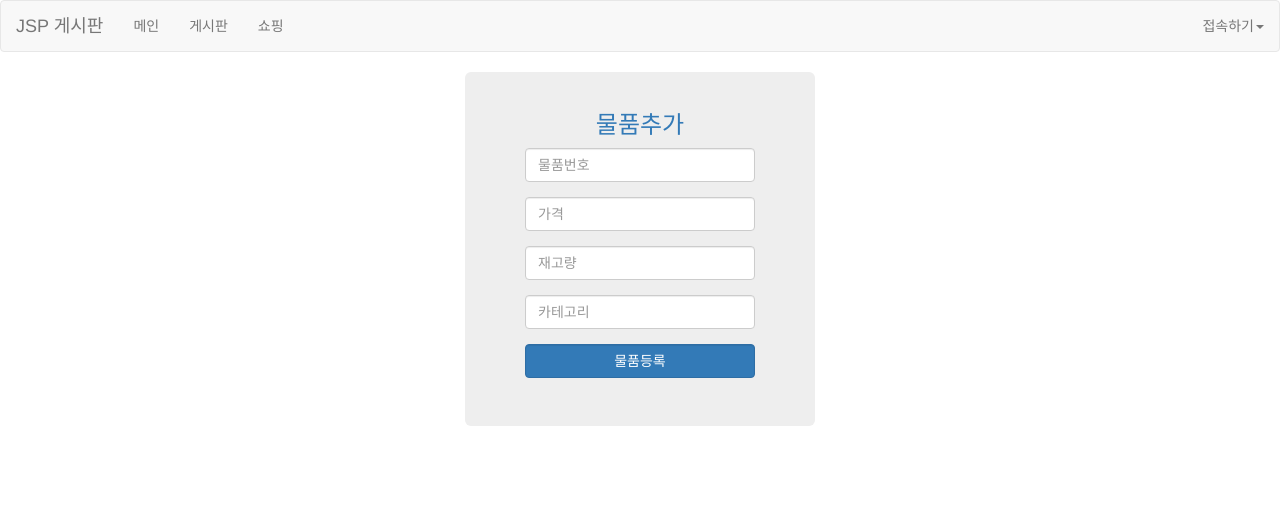
Repository: kingkingburger/webproject
Page: http://localhost/BBS/upload.jsp
The author's editor kept a copy of each file at every save. The page is drawn from the files as they stood at one save, then again after the next save.
The browser window is 1280 px wide. The pictures show the whole page.
Some web libraries are served in a nearby version. The page is served by Tomcat 9.

Above is the page before, as saved 2020-11-25 07:38:31.

After the next save:
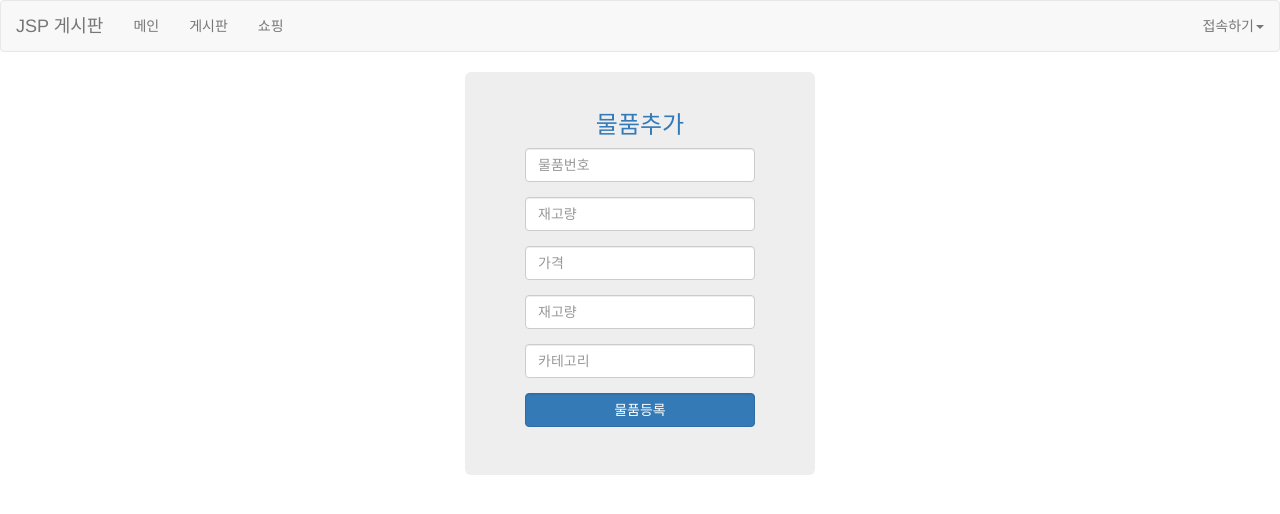
Saved 7 min 55 s later.
--- a/BBS/WebContent/upload.jsp
+++ b/BBS/WebContent/upload.jsp
@@ -74,6 +74,10 @@
 							name="product_num" maxlength="20">
 					</div>
 					<div class="form-group">
+						<input type="text" class="form-control" placeholder="재고량"
+							name="product_name" >
+					</div>
+					<div class="form-group">
 						<input type="text" class="form-control" placeholder="가격"
 							name="product_value" maxlength="20">
 					</div>
@@ -82,6 +86,7 @@
 						<input type="text" class="form-control" placeholder="재고량"
 							name="product_amount" >
 					</div>
+
 
 					<div class="form-group">
 						<input type="text" class="form-control" placeholder="카테고리"
